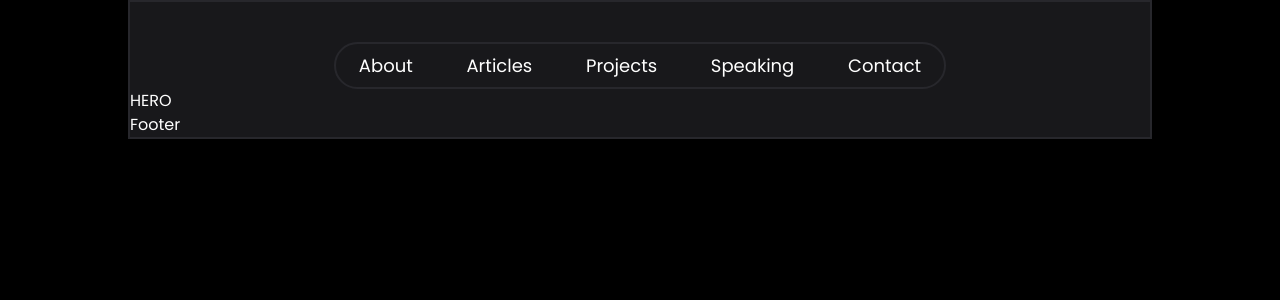
Repository: Wafaabahgat/Portfolio
Page: /
An editor plug-in stored every save of this project. The page is shown before and after the next save, followed by the edit.
The browser window is 1280 px wide. The pictures show the whole page.
The project was rebuilt for these pictures with package versions that can differ from the ones it lists, and the page was loaded fresh each time. Also part of the build but not shown: vite.config.ts, src/App.css, src/ErrorPage.tsx.

Above is the page before, as saved 2023-12-07 02:58:21.

### index.html
<!DOCTYPE html>
<html lang="en">
  <head>
    <meta charset="UTF-8" />
    <link rel="icon" type="image/svg+xml" href="/vite.svg" />
    <meta name="viewport" content="width=device-width, initial-scale=1.0" />
    <link rel="preconnect" href="https://fonts.googleapis.com" />
    <link rel="preconnect" href="https://fonts.gstatic.com" crossorigin />
    <link
      href="https://fonts.googleapis.com/css2?family=Poppins:wght@200;300;400;500;600;700;800&display=swap"
      rel="stylesheet"
    />
    <title>My Portfilio</title>
  </head>
  <body>
    <div id="root"></div>
    <script type="module" src="/src/main.tsx"></script>
  </body>
</html>

### src/main.tsx
import { RouterProvider } from "react-router-dom";
import ReactDOM from "react-dom/client";
import "./index.css";
import router from "./App";

ReactDOM.createRoot(document.getElementById("root")!).render(
  <RouterProvider router={router} />
);

### src/index.css
@tailwind base;
@tailwind components;
@tailwind utilities;

* {
  font-family: "Poppins", sans-serif;
}

:root {
  --primary: #000;
  --secondary: rgb(24 24 27);
  --border: rgb(63, 63, 70, 0.4);
}
.light {
  --primary: #fff;
}

body {
  background-color: var(--primary);
  color: #fff;
}

html {
  /* max-width: 2000px; */
  margin: 0;
  padding: 0;
}

.container {
  width: 80%;
  margin-left: auto;
  margin-right: auto;
  background-color: var(--secondary);
  border: 2px solid var(--border);
}

.line {
  border: 1px solid var(--border);
  margin: 1rem 0;
}
.border-h {
  border: 2px solid var(--border);
}

### src/App.tsx
import "./App.css";
import { createBrowserRouter } from "react-router-dom";
// import Root from "@pages/root";
import Root from "./pages/root";

import { Home } from "./pages/index";
import ErrorPage from "./ErrorPage";

const router = createBrowserRouter([
  {
    path: "/",
    element: <Root />,
    errorElement: <ErrorPage />,
    children: [
      {
        index: true,
        path: "/",
        element: <Home />,
      },
    ],
  },
]);

export default router;

### src/pages/root.tsx
import { Outlet } from "react-router-dom";
import Header from "../components/layouts/Header";
import Footer from "../components/layouts/Footer";

const Root = () => {
  return (
    <div className="container">
      <Header />
      <Outlet />
      <Footer />
    </div>
  );
};

export default Root;

### src/components/layouts/Header.tsx
import { FC } from "react";
import { useLocation, Link } from "react-router-dom";
import { cn } from "../../utils";

interface HeaderProps {}

const links = [
  {
    link: "/about",
    name: "about",
  },
  {
    link: "/articles",
    name: "articles",
  },
  {
    link: "/projects",
    name: "projects",
  },
  {
    link: "/speaking",
    name: "speaking",
  },
  {
    link: "/contact",
    name: "contact",
  },
];

const Header: FC<HeaderProps> = () => {
  const { pathname } = useLocation();

  return (
    <>
      <div className="mt-10">
        <nav className="flex gap-2 py-2 border-h rounded-full w-[60%] mx-auto ">
          {links?.map((e, i) => (
            <Link
              key={i}
              to={e?.link}
              className={cn(
                pathname === e?.link
                  ? "text-main-light font-semibold"
                  : "text-white ",
                "capitalize text-[18px] whitespace-nowrap mx-auto"
              )}
            >
              {e?.name}
            </Link>
          ))}
        </nav>
      </div>
    </>
  );
};

export default Header;

### src/components/layouts/Footer.tsx
import { FC } from "react";

interface FooterProps {}

const Footer: FC<FooterProps> = () => {
  return (
    <>
      <div>Footer</div>
    </>
  );
};

export default Footer;

### src/pages/Home.tsx
import { FC } from "react";
import Hero from "../components/home/Hero";

interface HomeProps {}

const Home: FC<HomeProps> = () => {
  return (
    <>
      <div>
        <Hero />
      </div>
    </>
  );
};

export default Home;

### src/components/home/Hero.tsx
import { FC } from "react";

interface HeroProps {}

const Hero: FC<HeroProps> = () => {
  return (
    <>
      <div>HERO</div>
    </>
  );
};

export default Hero;

### tailwind.config.js
/** @type {import('tailwindcss').Config} */
export default {
  content: ["./index.html", "./src/**/*.{js,ts,jsx,tsx}"],
  darkMode: "class",
  theme: {
    extend: {
      colors: {
        main: "#252466",
        "main-light": "#3873FF",
        "sub-dark": "#252466",
        "main-dark": "#41427D",
        "text-color": "#FCFCFC",
        "text-gray": "#667085",
        "text-primary": "#9795B5",
      },
      // gridTemplateColumns: {
      //   prod: "repeat(auto-fit, minmax(130px, 1fr))",
      //   plog: "repeat(auto-fit, minmax(300px, 1fr))",
      // },
    },
  },
  plugins: [],
};

Loaded but not shown: src/pages/index.ts (common file); src/utils.ts (common file)

After the next save:
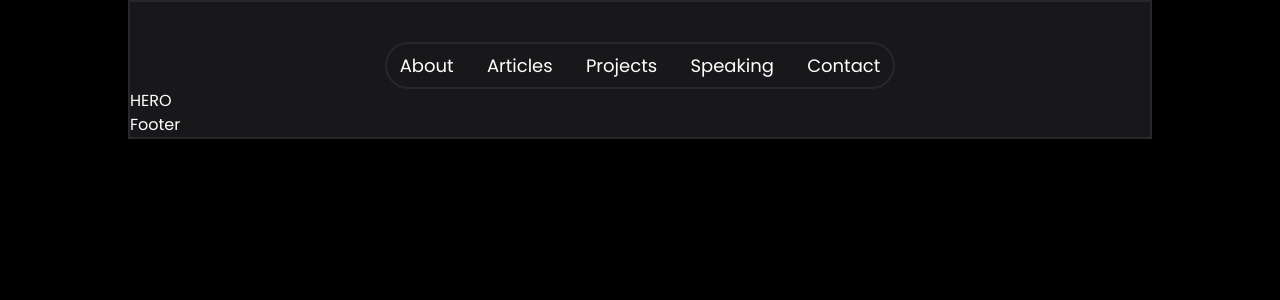
Saved 6 s later.
--- a/src/components/layouts/Header.tsx
+++ b/src/components/layouts/Header.tsx
@@ -33,7 +33,7 @@ const Header: FC<HeaderProps> = () => {
   return (
     <>
       <div className="mt-10">
-        <nav className="flex gap-2 py-2 border-h rounded-full w-[60%] mx-auto ">
+        <nav className="flex gap-2 py-2 border-h rounded-full w-[50%] mx-auto ">
           {links?.map((e, i) => (
             <Link
               key={i}
